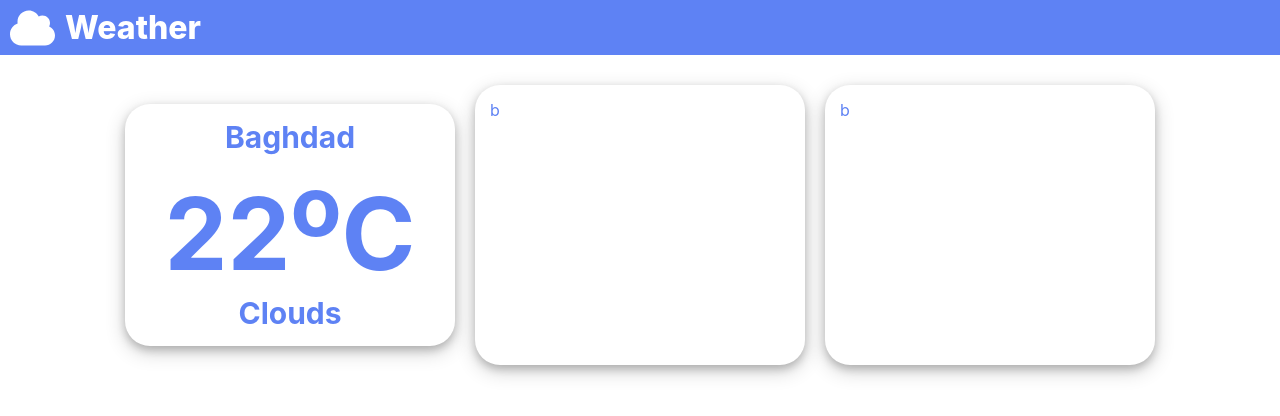
Repository: ahmedazawi/weather-app
Page: /
An editor plug-in stored every save of this project. The page is shown before and after the next save, followed by the edit.
The browser window is 1280 px wide. The pictures show the whole page.
The project was rebuilt for these pictures with package versions that can differ from the ones it lists, and the page was loaded fresh each time.

Above is the page before, as saved 2022-11-29 21:32:40.

### src/App.js
import "./App.css";
import Header from "./layout/Header";
import Details from "./components/Details";
function App() {
  return (
    <div className="App">
      <Header />
      <Details />
    </div>
  );
}

export default App;

### src/App.css
body {
  --primaryColor: #5e82f4;
  --borderRadius: 25px;
}

.nav {
  display: flex;
  align-items: center;
  height: 55px;
  background-color: var(--primaryColor);
}

### src/layout/Header.js
import React from "react";
import { FontAwesomeIcon } from "@fortawesome/react-fontawesome";
import { faCloud } from "@fortawesome/free-solid-svg-icons";
const Header = () => {
  return (
    <div className="nav">
      <div>
        <FontAwesomeIcon
          className="f-icon"
          icon={faCloud}
          color="White"
          style={{ marginLeft: "10px", fontSize: "40px" }}
        />
      </div>

      <h1 style={{ color: "white", marginLeft: "10px", fontWeight: "800" }}>
        Weather
      </h1>
    </div>
  );
};

export default Header;

### src/components/Details.js
import React from "react";
import "../assets/css/details.css";
const Details = () => {
  return (
    <div className="main">
      <div className="big-cards">
        <div>
          <div>Baghdad</div>
          <div
            style={{
              fontSize: "100px",
            }}
          >
            22<sup>o</sup>C
          </div>
          <div>Clouds</div>
        </div>
        <div>b</div>
        <div>b</div>
      </div>
    </div>
  );
};

export default Details;

### src/assets/css/details.css
.main {
  width: 100%;
  display: flex;
  flex-direction: column;
}

.big-cards {
  width: 100%;
  min-height: fit-content;
  display: flex;
  flex-direction: row;
  flex-wrap: wrap;
  gap: 20px;
  align-items: center;
  justify-content: center;
  margin-top: 30px;
  color: var(--primaryColor);
}
.big-cards > div {
  width: 300px;
  height: 250px;
  background-color: white;
  padding: 15px;
  border-radius: var(--borderRadius);
  box-shadow: 0 4px 8px 0 rgba(0, 0, 0, 0.2), 0 6px 20px 0 rgba(0, 0, 0, 0.19);
}
.big-cards > div:first-child {
  display: flex;
  flex-direction: column;
  align-items: center;
  height: 100%;
}
.big-cards > div:first-child > div {
  font-size: 30px;
  font-weight: bold;
}

Loaded but not shown: public/index.html (common file); src/index.js (common file); src/index.css (common file)

After the next save:
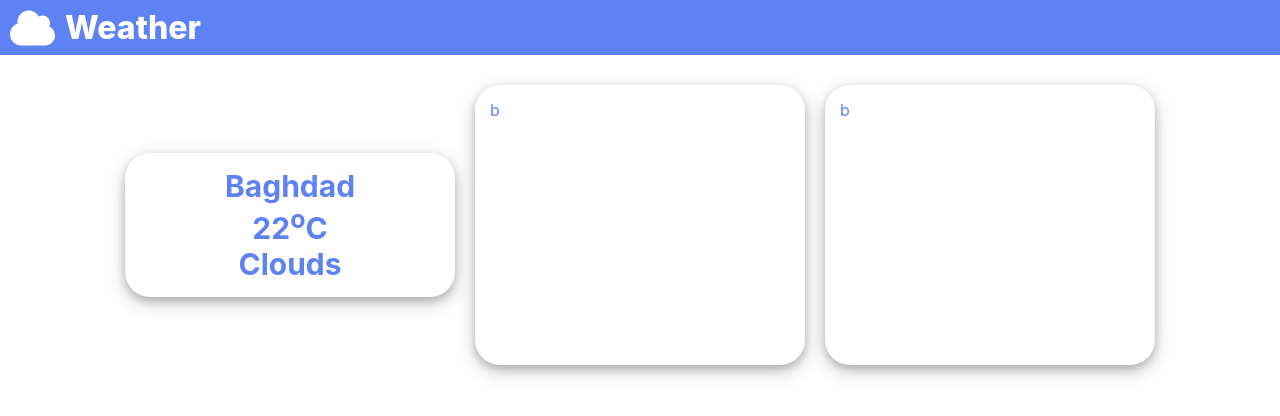
Saved 5 s later.
--- a/src/components/Details.js
+++ b/src/components/Details.js
@@ -7,9 +7,11 @@
         <div>
           <div>Baghdad</div>
           <div
-            style={{
-              fontSize: "100px",
-            }}
+            style={
+              {
+                //   fontSize: "100px",
+              }
+            }
           >
             22<sup>o</sup>C
           </div>

After the save that followed:
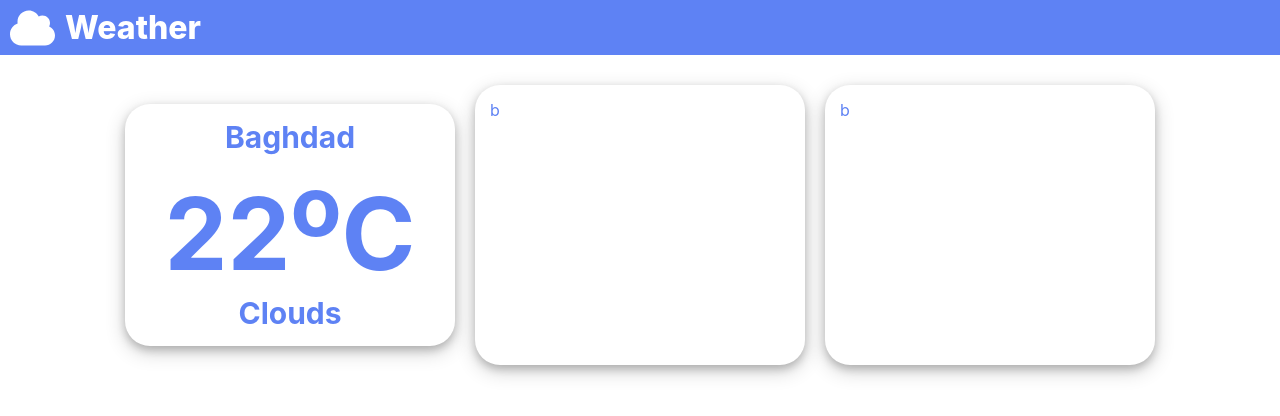
Saved 4 s later.
--- a/src/components/Details.js
+++ b/src/components/Details.js
@@ -7,11 +7,9 @@
         <div>
           <div>Baghdad</div>
           <div
-            style={
-              {
-                //   fontSize: "100px",
-              }
-            }
+            style={{
+              fontSize: "100px",
+            }}
           >
             22<sup>o</sup>C
           </div>
